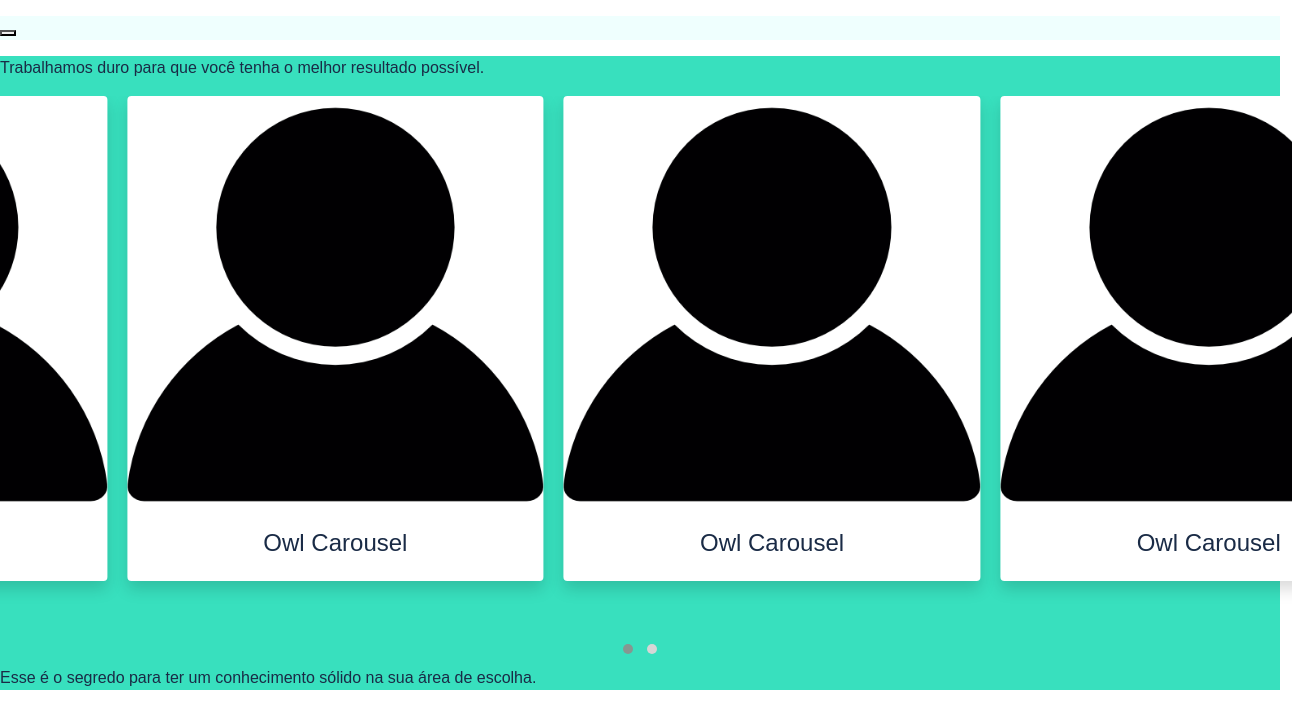
Repository: MarTech-Coders-Planejamento/site-oficial
Page: home.html
An editor plug-in stored every save of this project. The page is shown before and after the next save, followed by the edit.
The browser window is 1280 px wide. The page is 1292 px wide, so the pictures cover 1292 px, including what lies to the right of the window. The pictures show the whole page.
Some web fonts or font styles are not loaded; a fallback is used.

Above is the page before, as saved 2021-10-22 20:22:37.

After the next save:
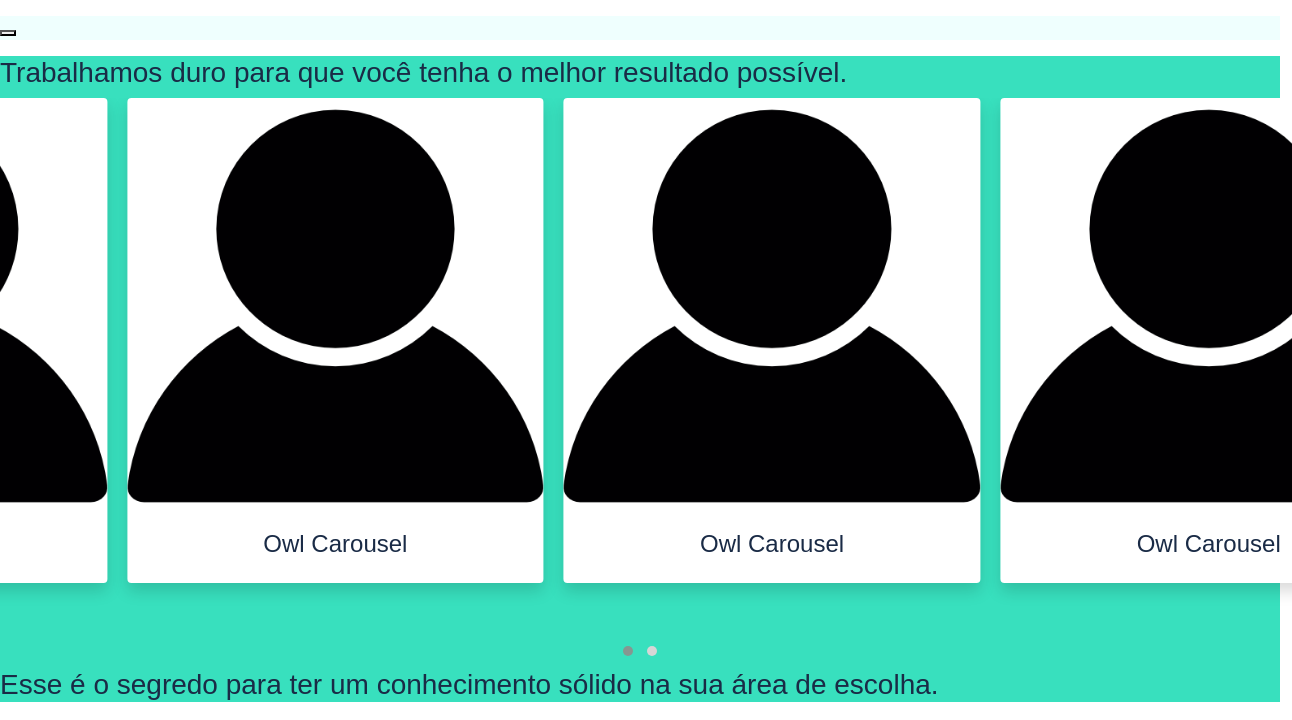
Saved 29 min 18 s later.
--- a/home.html
+++ b/home.html
@@ -70,7 +70,7 @@
         </section>
         <section class="bg-two">
           <!--dobra4-->
-          <p>
+          <p class='h3'>
             Trabalhamos duro para que você tenha o melhor resultado possível.
           </p>
           <div class="row">
@@ -140,7 +140,7 @@
               </div>
             </div>
           </div>
-          <p>
+          <p class='h3'>
             Esse é o segredo para ter um conhecimento sólido na sua área de
             escolha.
           </p>
